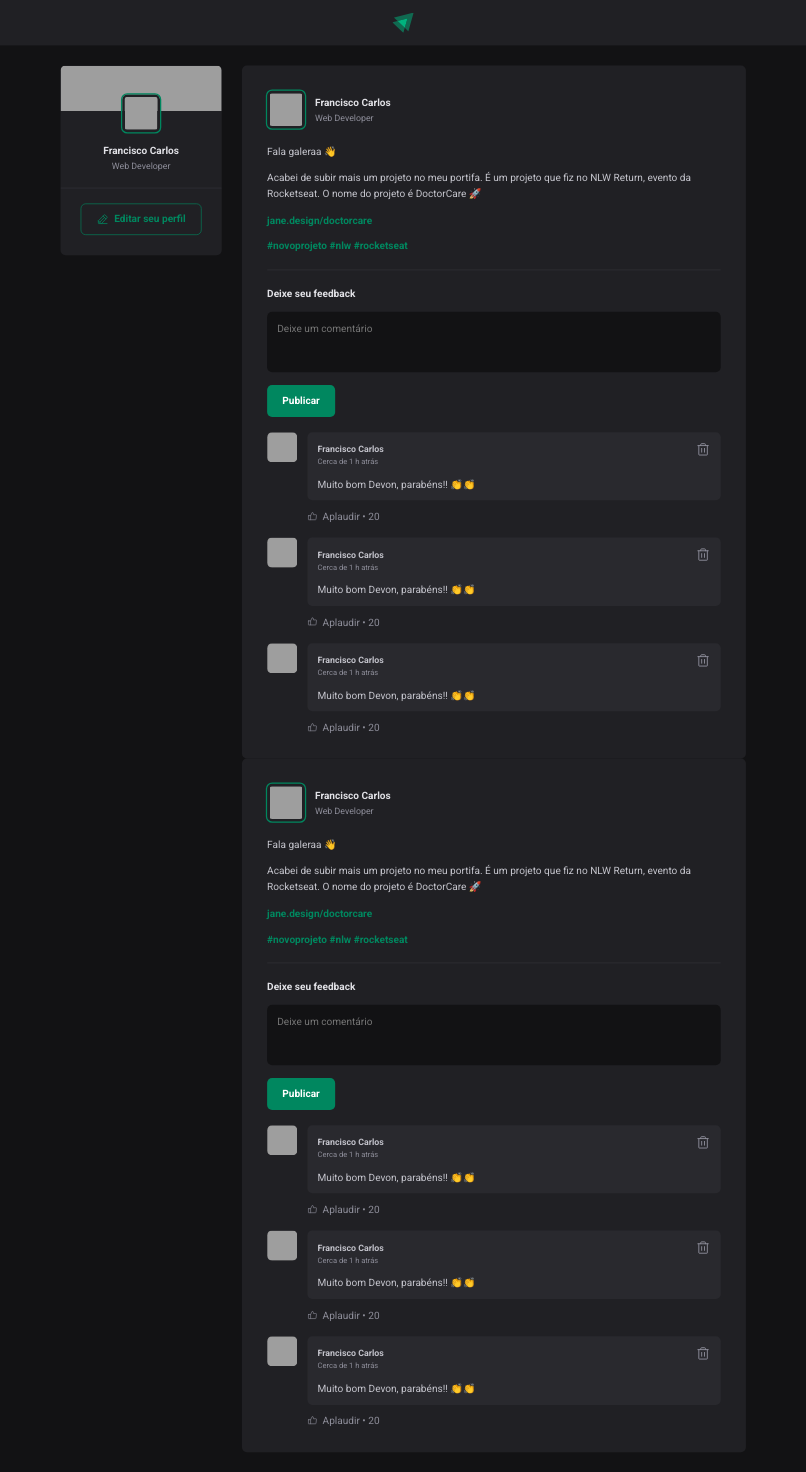
Repository: ch1coon/AulasRocketseat
Page: / (app in Ignite/aulas/01-fundamentos-reactjs/)
The author's editor kept a copy of each file at every save. The page is drawn from the files as they stood at one save, then again after the next save.
The browser window is 1280 px wide. The pictures show the whole page, at 63% of full size.
Pictures or frames that could not be fetched are drawn as grey boxes. The project was rebuilt for these pictures with package versions that can differ from the ones it lists, and the page was loaded fresh each time. Also part of the build but not shown: Ignite/aulas/01-fundamentos-reactjs/vite.config.js.

Above is the page before, as saved 2023-08-12 09:04:38.

After the next save:
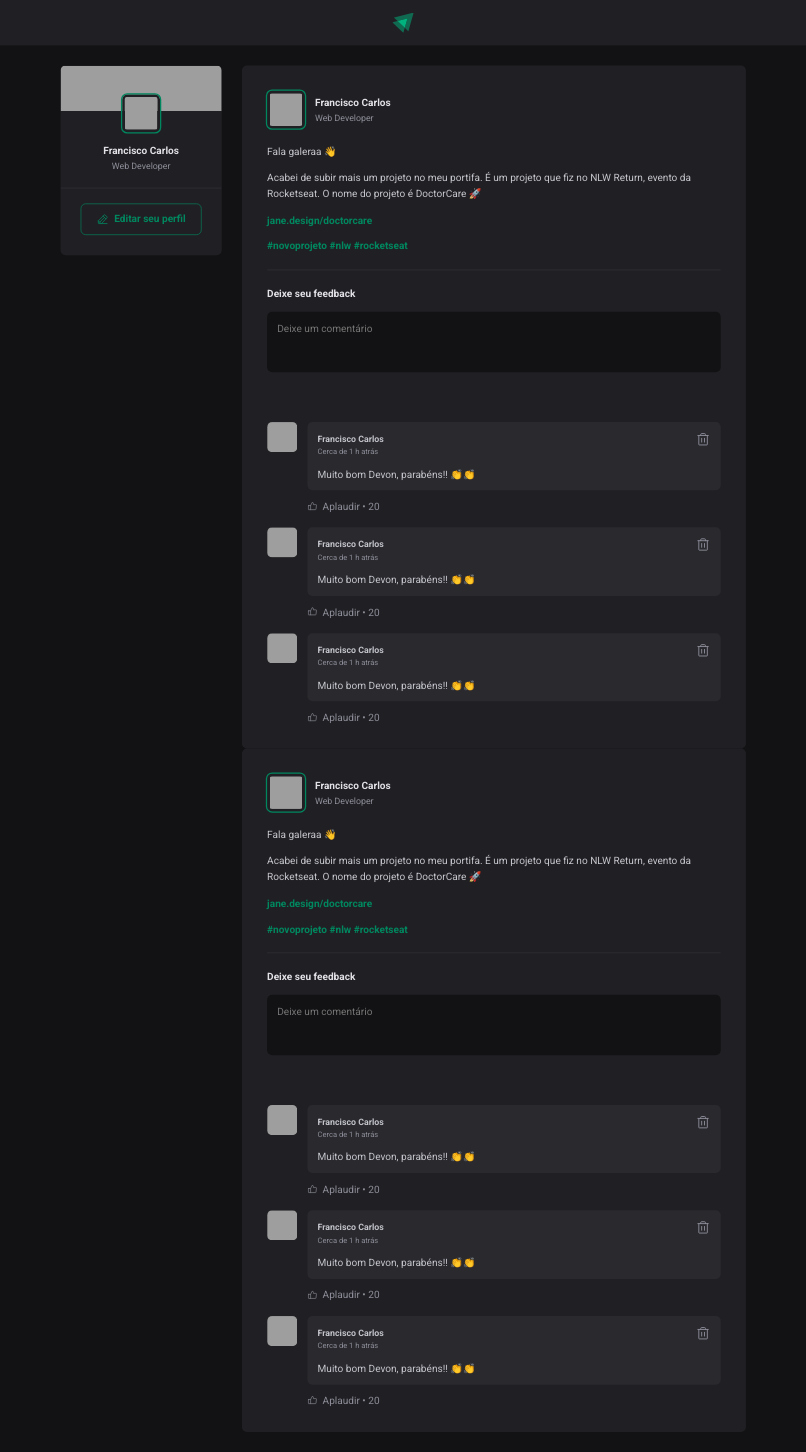
Saved 44 s later.
--- a/Ignite/aulas/01-fundamentos-reactjs/src/components/Post.module.css
+++ b/Ignite/aulas/01-fundamentos-reactjs/src/components/Post.module.css
@@ -101,6 +101,8 @@
   font-weight: bold;
   cursor: pointer;
   transition: background-color 0.1s;
+  visibility: hidden;
+  max-height: 0;
 }
 
 .commentForm button[type="submit"]:hover {
